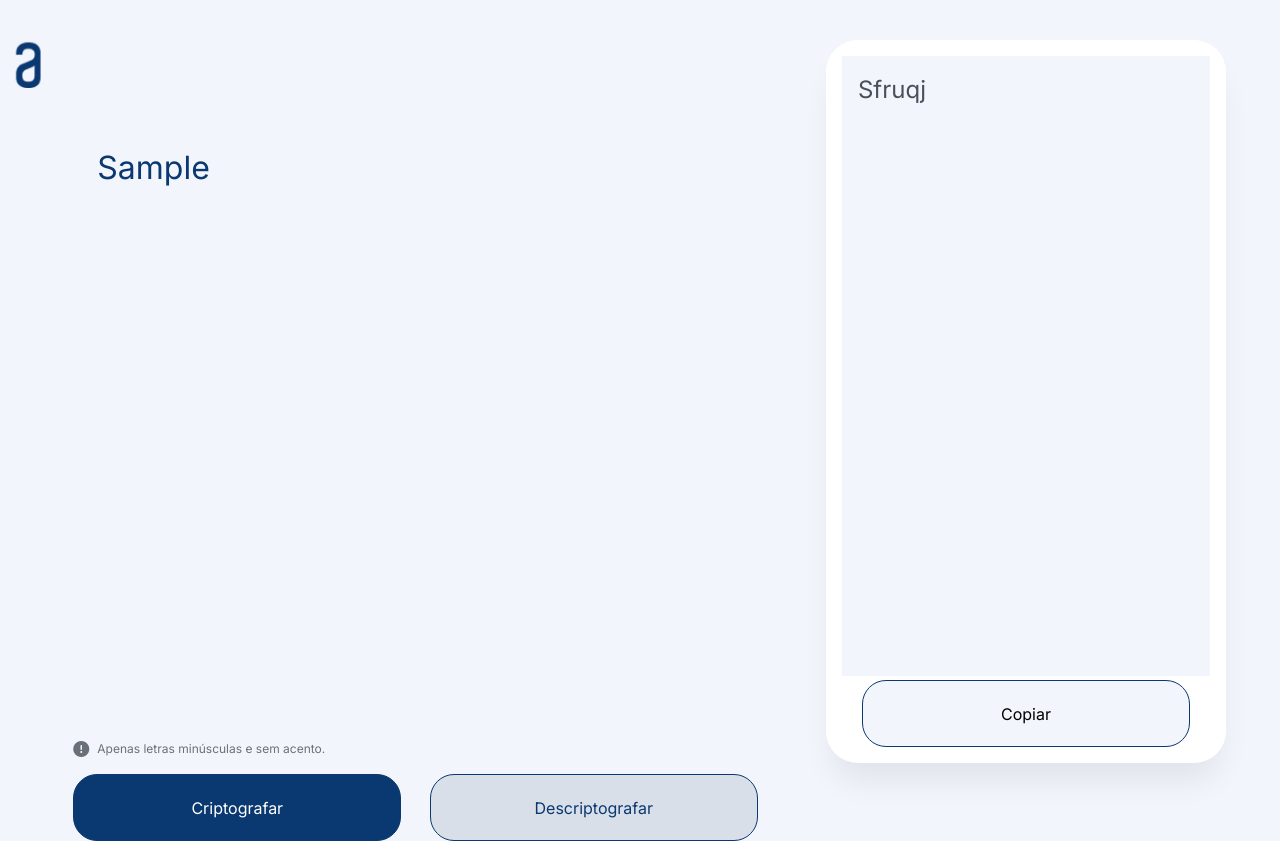
Repository: CarlosEduardoVdeOliveira/descodificador-de-texto
Page: index.html
These files come from the project's save history. The page is drawn as it stood at one moment and after the next save; the edit follows.
The browser window is 1280 px wide. The pictures show the whole page.
Empty fields were first filled with sample values (such as "Sample", 5 or name@example.com).
After loading, the first visible `button.button-cryptography` was clicked once.

Above is the page before, as saved 2023-04-15 09:13:31.

### index.html
<!DOCTYPE html>
<html lang="en">
<head>
   <meta charset="UTF-8">
   <link rel="preconnect" href="https://fonts.googleapis.com">
   <link rel="preconnect" href="https://fonts.gstatic.com" crossorigin>
   <meta http-equiv="X-UA-Compatible" content="IE=edge">
   <meta name="viewport" content="width=device-width, initial-scale=1.0">
   <link href="https://fonts.googleapis.com/css2?family=Inter:wght@400;700&display=swap" rel="stylesheet">
   <link rel="stylesheet" href="https://cdnjs.cloudflare.com/ajax/libs/font-awesome/6.4.0/css/all.min.css" integrity="sha512-iecdLmaskl7CVkqkXNQ/ZH/XLlvWZOJyj7Yy7tcenmpD1ypASozpmT/E0iPtmFIB46ZmdtAc9eNBvH0H/ZpiBw==" crossorigin="anonymous" referrerpolicy="no-referrer" />
   <link rel="stylesheet" href="/src/styles/reset.css">
   <link rel="stylesheet" href="/src/styles/index.css">
   <link rel="stylesheet" href="/src/styles/tablet.css">
   <link rel="stylesheet" href="/src/styles/mobile.css">
   <link rel="shortcut icon" href="/src/images/imageLogo2.png" type="image/x-icon">
   <title>Decodificador</title>
</head>
<body>
   <section>
      <img src="/src/images/imageLogo2.png"
         alt='logo da Alura'>
      <div class="highlight">
         <textarea placeholder="Digite seu texto" autofocus></textarea>
         <div class="info">
            <span>
               <i class="fa-solid fa-circle-exclamation"></i>
               Apenas letras minúsculas e sem acento.
            </span>
            <div class="info-group-button">
               <button class="button-cryptography">Criptografar</button>
               <button class="button-decryption">Descriptografar</button>
            </div>
         </div>
      </div>
      <div class="text-cryption">
         <img src="/src/images/imageHighLight.svg" alt="">
         <div>
            <h2>Nenhuma mensagem encontrada</h2>
            <p>
               Digite um texto que você deseja criptografar ou descriptografar.
            </p>
         </div>

      </div>
   </section>
   <script src="/src/scripts/index.js"></script>
</body>
</html>

### src/styles/reset.css
:root{
   --light-gray: #D8DFE8;
   --gray-100: #CED4DA;
   --gray-200: #ADB5BD;
   --gray-300: #868E96;
   --gray-400: #495057;
   --gray-500: #343A40;
   --light-blue-100: #F3F5FC;
   --light-blue-200: #EFF1FA;
   --light-blue-300: #E9ECF8;
   --light-blue-400: #AAB2D5;
   --light-blue-500: #757FB2;
   --dark-blue-100: #609ED4;
   --dark-blue-200: #356EA9;
   --dark-blue-300: #0A3871;
   --dark-blue-400: #072B61;
   --dark-blue-500: #052051;
}
*{
   margin: 0;
   padding: 0;
   box-sizing: border-box;
}

html, input, textarea, button{
   background-color: var(--light-blue-100);
   font-family:  'Inter', sans-serif;
   font-size: 1rem;
   -webkit-font-smoothing: antialiased;
   -moz-osx-font-smoothing: grayscale;
}

### src/styles/index.css
body{
   background-color: var(--light-blue-100);
}
img{
   width: 1.943rem;
   height: 3rem;
   margin-top: 2.5rem;
}
section {
   display: flex;
   justify-content: space-around;
   align-items: self-start;
   margin: 0 auto;
}
.highlight{
   display: flex;
   flex-direction: column;
   margin-top: 7.5rem;
}
textarea{
   width: 100%;
   height: calc(100vh - 100px);
   font-size: 32px;
   line-height: 150%;
   background-color: var(--light-blue-100);
   color: var(--dark-blue-300);
   border: none;
   resize: none;
   margin: 0 auto;
   padding: 1.5rem;
}
textarea:focus{
   outline: 0;
}

textarea::placeholder{
   color: var(--dark-blue-300);
}
span{
   display: flex;
   align-items: center;
   font-size: 12px;
   color: var(--gray-400);
   line-height: 150%;
   opacity: 0.8;
   margin-bottom: 1rem;
}
i{
   color: var(--gray-400);
   margin-right: 0.5rem;
   font-size: 1rem;
}

button{
   padding: 1.5rem;
   width: 328px;
   height: 67px;
   border-radius: 1.5rem;
   cursor: pointer;
   font-size: 1rem;
   line-height: 19px;
   border: 1px solid var(--dark-blue-300);
   transition: all .2s;
}
.info{
   background-color: var(--light-blue-100);
}
.button-cryptography{
   background-color: var(--dark-blue-300);
   color: white;
   margin-right: 1.5rem;
}
.button-cryptography:hover{
   background-color: var(--dark-blue-400);
}
.button-decryption{
   background: var(--light-gray);
   color: var(--dark-blue-300);
}
.button-decryption:disabled{
   cursor: no-drop;
}
.button-decryption:hover{
   background-color: var(--light-blue-200);
}
.text-cryption{
   width: 25rem;
   margin: 2.5rem;
   padding: 15rem 2rem;
   text-align: center;
   background-color: white;
   /* shadow */
   box-shadow: 0px 24px 32px -8px rgba(0, 0, 0, 0.08);
   border-radius: 32px;
}
.text-cryption img{
   width: 21rem;
   height: 19rem;
}
.text-cryption div{
   display: flex;
   flex-direction: column;

   margin-top: 2rem;
   padding: 0px;
   gap: 16px;
}

textarea.textarea-output{
   font-size: 1.5rem;
   color: var(--gray-400);
   height: calc(100vh - 100px);
   padding: 1rem;
}
.text-cryption-whit-text{
   padding: 1rem;
}

.button-copy-cryption{
   background-color: white;
}
.button-copy-cryption:hover{
   background-color: var(--light-blue-200);
}

### src/styles/tablet.css
@media (max-width: 768px) {
   section{
      display: block;
   }
   img{
      margin: 1rem;
   }
   .textarea-input{
      margin: 0 auto;
   }
   .info{
      display: flex;
      flex-direction: column;
      margin: 0 auto;
   }
   .text-cryption{
      width: 43rem;
      height: 8.313rem;
      padding: 0;
      margin: 1.5rem auto;
   }
   .text-cryption img{
      display: none;
   }
}

### src/styles/mobile.css
@media (max-width: 375px) {
   img{
      margin: 1rem;
   }
   .info{
      margin: 0 auto;
   }
   .info-group-button{
      display: flex;
      flex-direction: column;
   }
   .info-group-button .button-cryptography{
      margin-bottom: 1.5rem;
   }
   .text-cryption{
      width: 20.438rem;
      height: 11.625rem;
      padding: 0;
      margin: 1.5rem auto;
   }
}

### src/scripts/index.js
const elementTextarea = document.querySelector("textarea");
const areaCryption = document.querySelector(".text-cryption");
const buttonCryptography = document.querySelector(".button-cryptography");
const buttonDecryption = document.querySelector(".button-decryption");


buttonDecryption.setAttribute("disabled", '');


function encryptText() {
   const textareaValue = elementTextarea.value;
   if (textareaValue.length > 0) {
      disabledButtonDecrypt()
      areaCryption.classList.add("text-cryption-whit-text")
      return areaCryption.innerHTML = `
         <textarea class="textarea-output">${cipherOfCesar(textareaValue)}</textarea>
         <button class="button-copy" id='copy' onclick="copyText()">Copiar</button>
         `;

      }
   return alert("Preencha o campo!")
}

// cifra de César com salto de 5 casas
function cipherOfCesar(text){
   let cryptograph = ''
   for (let i = 0; i < text.length; i++) {
      let charCode = text.charCodeAt(i)
      if(charCode >= 97 && charCode <= 122){
         charCode = ((charCode - 97 + 5) % 26) + 97
      }
      cryptograph += String.fromCharCode(charCode);
   }
   return cryptograph
}

function disabledButtonDecrypt(){
   buttonDecryption.removeAttribute("disabled");
   buttonDecryption.style.cursor = 'pointer';
}


function decryptText() {
   const textareaValue = elementTextarea.value;
   return areaCryption.innerHTML = `
         <textarea class="textarea-output">${textareaValue}</textarea>
         <button class="button-copy" id='copy' onclick="copyText()">Copiar</button>
      `;
}

async function copyText() {
   const textareaOutput = document.querySelector('.textarea-output');
   await textareaOutput.select();
   document.execCommand('copy');
   alert("Texto copiado para área de trasferência!");
}

buttonCryptography.addEventListener('click', encryptText);
buttonDecryption.addEventListener('click', decryptText);

/**
 * a b c d e f g h i j k l m n o p q r s t u v w x y z
 * r s t u v w x y z a b c d e f g h i j k l m n o p q
 * jhysvz
 * carlos
 * 97 até 122
 * a  ==  j
 * 97 == 106
 * se o codigo for igual a 97 ele recebe j
 * se ele for igual a 122 ele recebe 113
 */

After the next save:
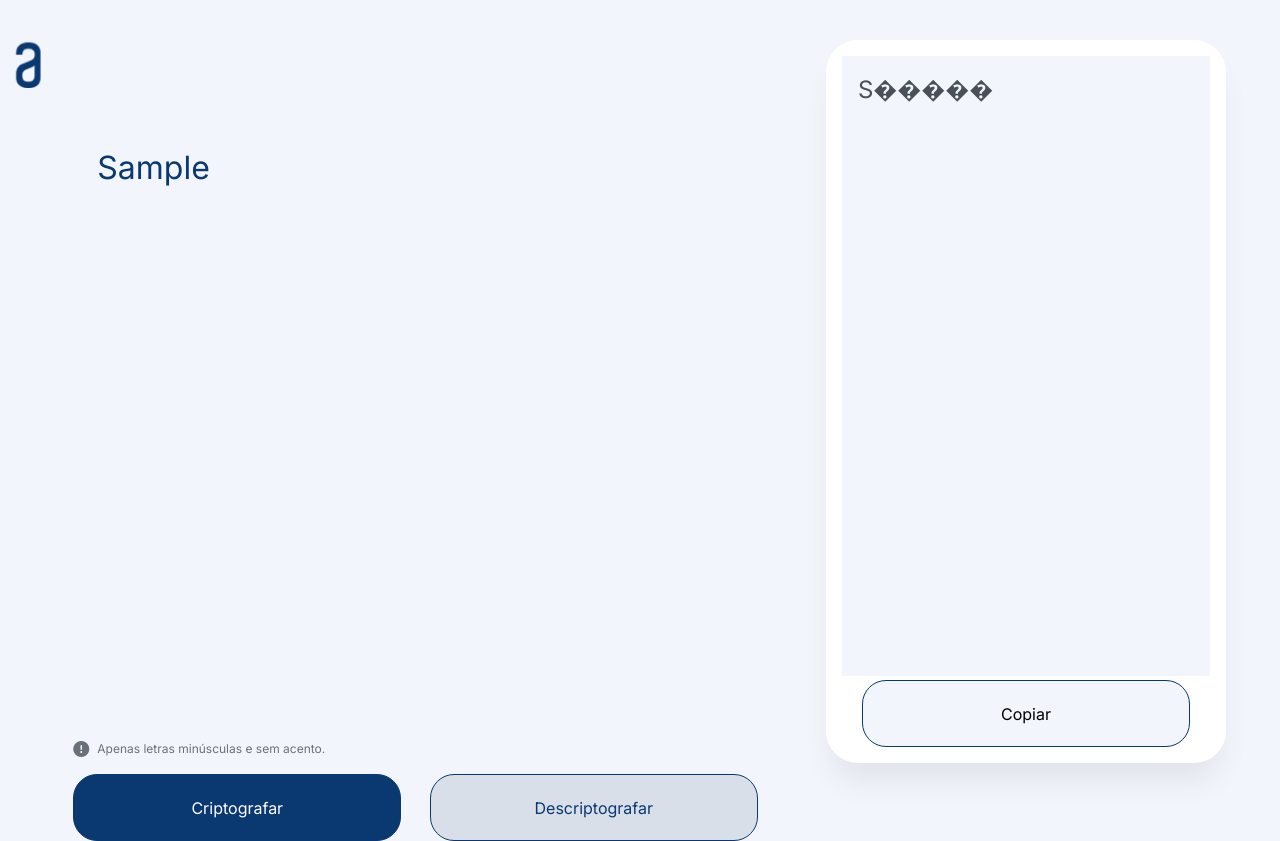
Saved 40 s later.
--- a/src/scripts/index.js
+++ b/src/scripts/index.js
@@ -22,12 +22,12 @@
 }
 
 // cifra de César com salto de 5 casas
-function cipherOfCesar(text){
+function cipherOfCesar(text, jump){
    let cryptograph = ''
    for (let i = 0; i < text.length; i++) {
       let charCode = text.charCodeAt(i)
       if(charCode >= 97 && charCode <= 122){
-         charCode = ((charCode - 97 + 5) % 26) + 97
+         charCode = ((charCode - 97 + jump) % 26) + 97
       }
       cryptograph += String.fromCharCode(charCode);
    }

After the 2 saves that followed:
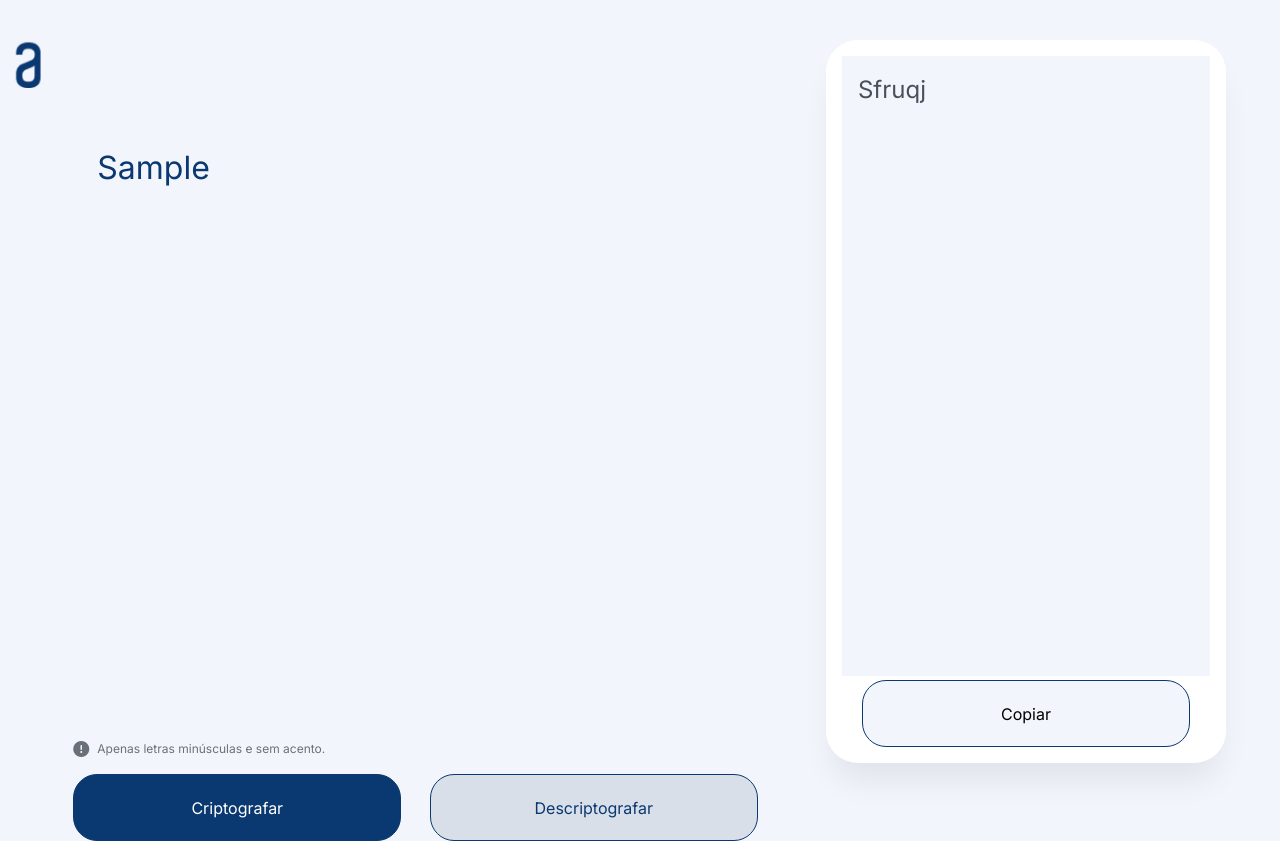
The 2 saves are shown as one change because 1 left the picture as it was.
The last was saved 23 s later.
--- a/src/scripts/index.js
+++ b/src/scripts/index.js
@@ -13,7 +13,7 @@
       disabledButtonDecrypt()
       areaCryption.classList.add("text-cryption-whit-text")
       return areaCryption.innerHTML = `
-         <textarea class="textarea-output">${cipherOfCesar(textareaValue)}</textarea>
+         <textarea class="textarea-output">${cipherOfCesar(textareaValue, 5)}</textarea>
          <button class="button-copy" id='copy' onclick="copyText()">Copiar</button>
          `;
 
@@ -21,7 +21,7 @@
    return alert("Preencha o campo!")
 }
 
-// cifra de César com salto de 5 casas
+// cifra de César
 function cipherOfCesar(text, jump){
    let cryptograph = ''
    for (let i = 0; i < text.length; i++) {
